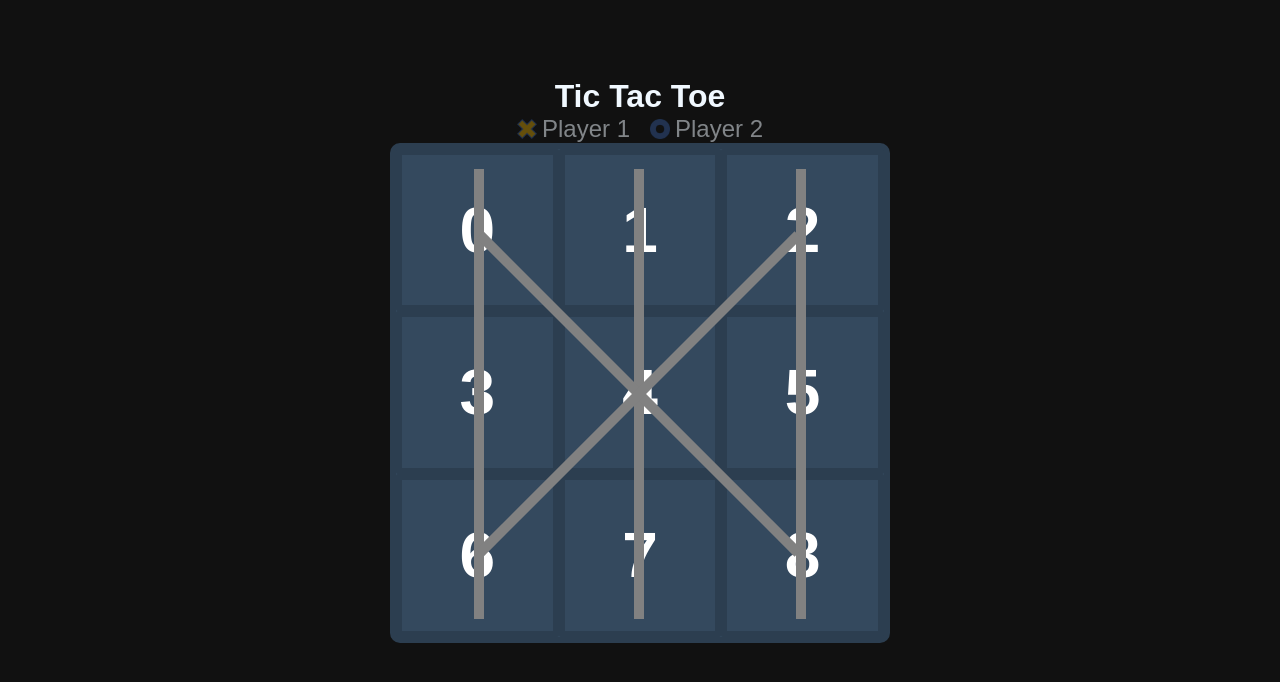
Repository: richardlieknis/tictactoe
Page: index.html
These files come from the project's save history. The page is drawn as it stood at one moment and after the next save; the edit follows.
The browser window is 1280 px wide. The pictures show the whole page.

Above is the page before, as saved 2022-12-08 14:58:12.

### index.html
<!DOCTYPE html>
<html lang="en">

<head>
    <meta charset="UTF-8" />
    <meta http-equiv="X-UA-Compatible" content="IE=edge" />
    <meta name="viewport" content="width=device-width, initial-scale=1.0" />
    <title>TicTacToe</title>
    <link rel="stylesheet" href="css/style.css" />
    <link rel="stylesheet" href="css/mobile.css" />

    <script src="main.js"></script>
</head>

<body>
    <div class="maincontainer">
        <h1>Tic Tac Toe</h1>
        <div class="players">
            <div id="player1" class="inactive">
                <img src="src/img/cross.png" /> Player 1
            </div>
            <div id="player2" class="inactive">
                <img src="src/img/circle.png" /> Player 2
            </div>
        </div>
        <div class="gameField">
            <div class="box" id="0" onclick="playerPlace(0)">0</div>
            <div class="box" id="1" onclick="playerPlace(1)">1</div>
            <div class="box" id="2" onclick="playerPlace(2)">2</div>
            <div class="box" id="3" onclick="playerPlace(3)">3</div>
            <div class="box" id="4" onclick="playerPlace(4)">4</div>
            <div class="box" id="5" onclick="playerPlace(5)">5</div>
            <div class="box" id="6" onclick="playerPlace(6)">6</div>
            <div class="box" id="7" onclick="playerPlace(7)">7</div>
            <div class="box" id="8" onclick="playerPlace(8)">8</div>
            <div class="lines">
                <div id="line0" class="line" style="top: 75px; left: 20px"></div>
                <div id="line1" class="line" style="top: 240px; left: 20px"></div>
                <div id="line2" class="line" style="top: 400px; left: 20px"></div>
                <div id="line3" class="line" style="top: 240px; right: 180px; transform: rotate(90deg)"></div>
                <div id="line4" class="line" style="top: 240px; right: 20px; transform: rotate(90deg)"></div>
                <div id="line5" class="line" style="top: 240px; left: 180px; transform: rotate(90deg)"></div>
                <div id="line6" class="line" style="top: 240px; right: 20px; transform: rotate(45deg)"></div>
                <div id="line7" class="line" style="top: 240px; right: 20px; transform: rotate(-45deg)"></div>
            </div>
        </div>
    </div>
</body>

</html>

### css/style.css
* {
    margin: 0;
    padding: 0;
    box-sizing: border-box;
}

body {
    font-family: sans-serif;
    color: aliceblue;
    background-color: #111;
}

.players {
    display: flex;
    align-items: center;
    justify-content: center;
    gap: 20px;
}

#player1,
#player2 {
    display: flex;
    align-items: center;
    gap: 5px;
    font-size: 24px;
}

.inactive {
    opacity: 0.5;
}

.players img {
    width: 20px;
}

.maincontainer {
    display: flex;
    justify-content: center;
    align-items: center;
    flex-direction: column;
    height: 100vh;
}

.gameField {
    position: relative;
    width: 500px;
    height: 500px;
    margin: 0 auto;
    background-color: #34495e;
    color: #fff;
    border: 6px solid #2c3e50;
    border-radius: 10px;
    display: grid;
    grid-template: repeat(3, 1fr) / repeat(3, 1fr);
}

.box {
    border: 6px solid #2c3e50;
    border-radius: 2px;
    font-family: Helvetica;
    font-weight: bold;
    font-size: 4em;
    display: flex;
    justify-content: center;
    align-items: center;
    cursor: pointer;
}

.box:hover {
    background-color: #416080;
}

.line {
    position: absolute;
    width: 450px;
    height: 10px;
    background-color: rgb(129, 129, 129);
    transform: scaleX(0);
    transition: transform 1s ease-in-out;
}

#line0 {
    /* transform: scaleX(1); */
}

### main.js
const circle = document.getElementById('circle');
const cross = document.getElementById('cross');
const gameover = document.getElementById('gameover');

let fields = [0, 1, 2, 3, 4, 5, 6, 7, 8];
let currentPlayer = 'cross';
let win = false;

let winFields = [
    [0, 1, 2],
    [3, 4, 5],
    [6, 7, 8],
    [0, 3, 6],
    [1, 4, 7],
    [2, 5, 8],
    [0, 4, 8],
    [2, 4, 6]
]

function playerPlace(id) {
    let fieldHtml = document.getElementById(id);
    if (fields[id] < 9 && !win) {
        if (currentPlayer === 'circle') {
            fields[id] = 'circle';
            fieldHtml.innerHTML = `<img src="src/img/circle.png">`;
            checkWin();
            currentPlayer = 'cross';
            document.getElementById('player1').classList.remove('inactive');
            document.getElementById('player2').classList.add('inactive');
        } else if (currentPlayer === 'cross') {
            fields[id] = 'cross';
            fieldHtml.innerHTML = `<img src="src/img/cross.png">`;
            checkWin();
            currentPlayer = 'circle';
            document.getElementById('player2').classList.remove('inactive');
            document.getElementById('player1').classList.add('inactive');
        }
    }
}

function checkWin() {
    for (let i = 0; i < winFields.length; i++) {
        if (fields[winFields[i][0]] === fields[winFields[i][1]] &&
            fields[winFields[i][1]] === fields[winFields[i][2]]) {
            console.log("GEWONNEN:", currentPlayer);
            win = true;
        }
    }

}

function resetGame() {
    win = false;
    for (let i = 0; i < 9; i++) {
        let fieldHtml = document.getElementById(i);
        fields = [0, 1, 2, 3, 4, 5, 6, 7, 8];
        fieldHtml.innerHTML = "";
    }
}

Loaded but not shown: css/mobile.css (no stored copy; drawn as an empty file)

After the next save:
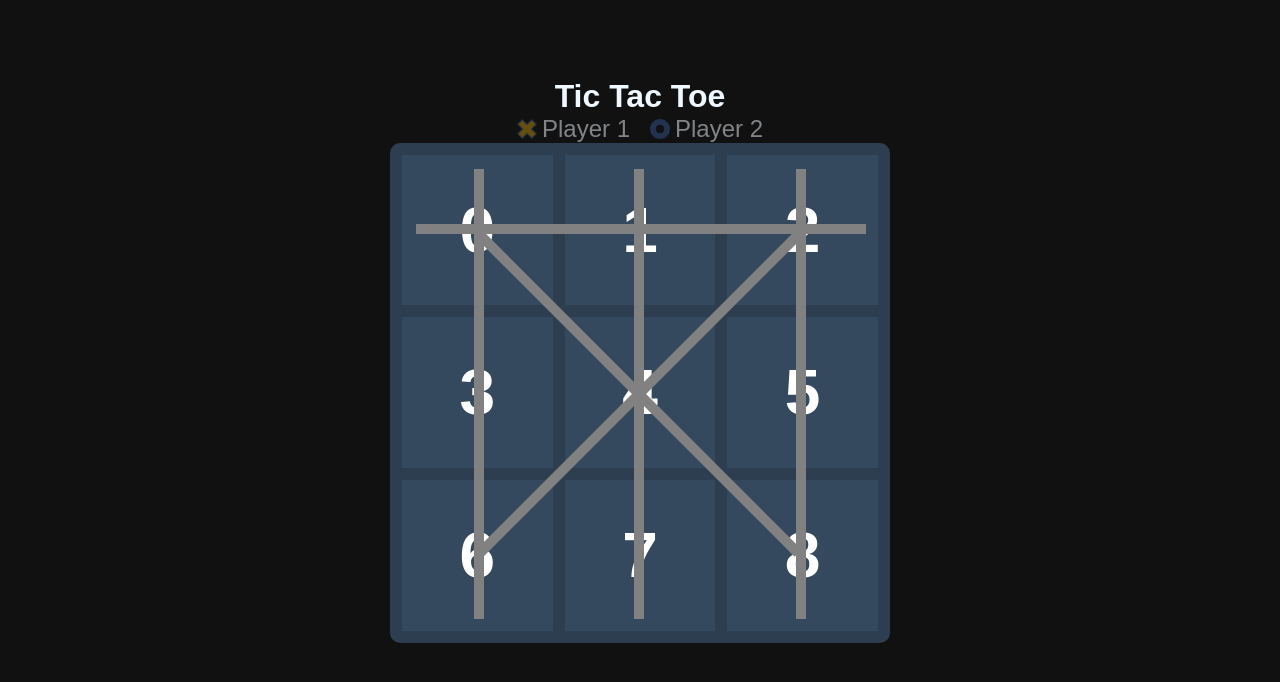
Saved 5 min 28 s later.
--- a/css/style.css
+++ b/css/style.css
@@ -76,9 +76,10 @@
     height: 10px;
     background-color: rgb(129, 129, 129);
     transform: scaleX(0);
+    transform: scaleY(0);
     transition: transform 1s ease-in-out;
 }
 
 #line0 {
-    /* transform: scaleX(1); */
+    transform: scaleX(1);
 }

After the 2 saves that followed:
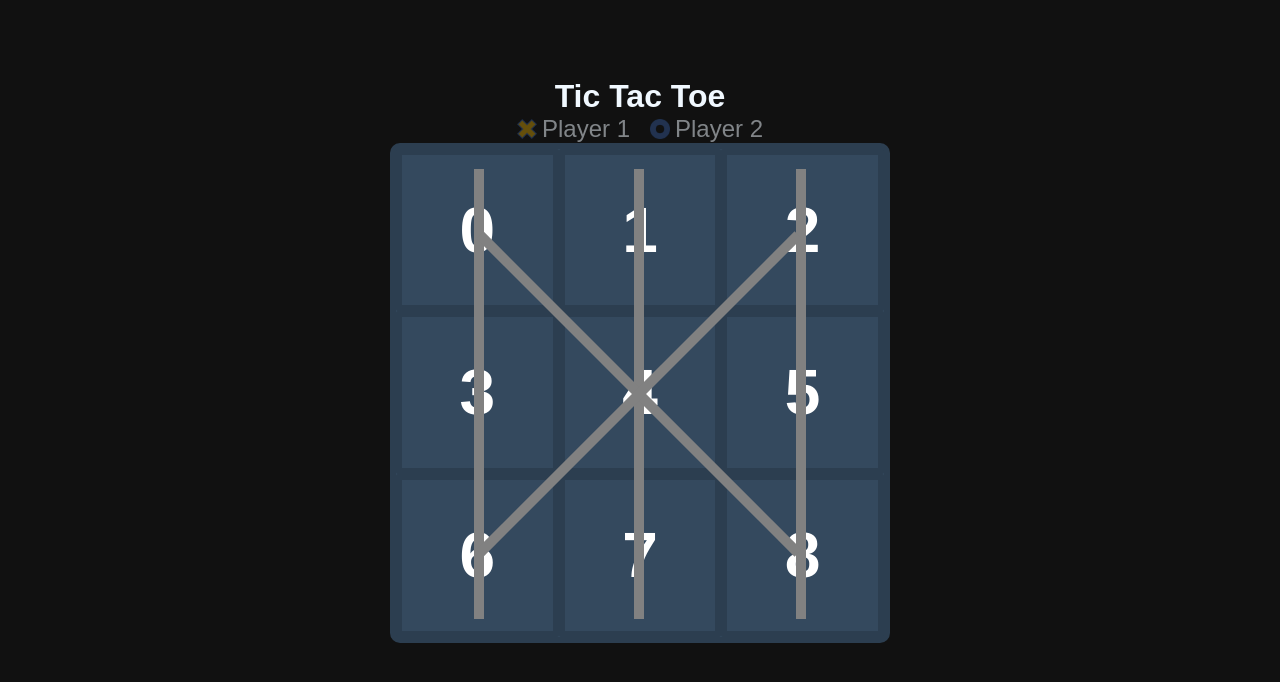
The 2 saves are shown as one change because 1 left the picture as it was.
The last was saved 23 s later.
--- a/css/style.css
+++ b/css/style.css
@@ -76,10 +76,9 @@
     height: 10px;
     background-color: rgb(129, 129, 129);
     transform: scaleX(0);
-    transform: scaleY(0);
     transition: transform 1s ease-in-out;
 }
 
 #line0 {
-    transform: scaleX(1);
+    /* transform: scaleX(1); */
 }
